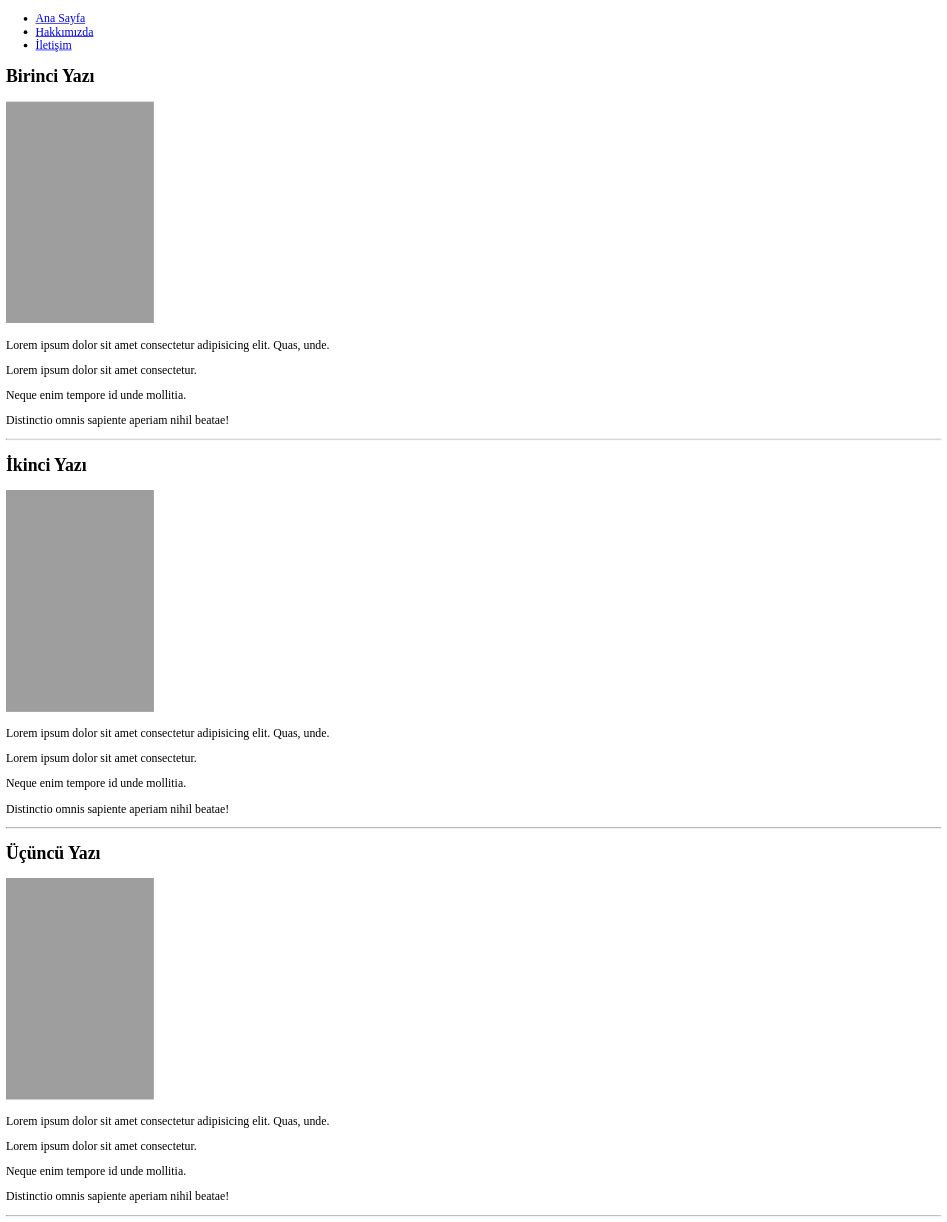
Repository: rizacantire/html
Page: Practice/index.html
These files come from the project's save history. The page is drawn as it stood at one moment and after the next save; the edit follows.
The browser window is 1280 px wide. The pictures show the whole page, at 74% of full size.
Pictures or frames that could not be fetched are drawn as grey boxes.

Above is the page before, as saved 2021-12-06 23:44:58.

### Practice/index.html
<!DOCTYPE html>
<html lang="en">
<head>
    <meta charset="UTF-8">
    <meta http-equiv="X-UA-Compatible" content="IE=edge">
    <meta name="viewport" content="width=device-width, initial-scale=1.0">
    <title>Ana Sayfa</title>
</head>
<body>
    <!-- Navbar - Start -->
    <header>
        <nav>
            <ul>
                <li><a href="index.html">Ana Sayfa</a></li>
                <li><a href="about-us.html">Hakkımızda</a></li>
                <li><a href="contact.html">İletişim</a></li>
            </ul>
        </nav>
    </header>
    <!-- Navbar - End -->

    <!-- Content - Start -->
    <section>
        <!-- Articles - Start -->
        <article>
            <h2>Birinci Yazı</h2>
            <img src="https://picsum.photos/id/237/200/300" alt="Yazı 1">
            <p>Lorem ipsum dolor sit amet consectetur adipisicing elit. Quas, unde.</p>
            <p>Lorem ipsum dolor sit amet consectetur.</p>
            <p>Neque enim tempore id unde mollitia.</p>
            <p>Distinctio omnis sapiente aperiam nihil beatae!</p>
            <hr>
        </article>
        <article>
            <h2>İkinci Yazı</h2>
            <img src="https://picsum.photos/id/15/200/300" alt="Yazı 2">
            <p>Lorem ipsum dolor sit amet consectetur adipisicing elit. Quas, unde.</p>
            <p>Lorem ipsum dolor sit amet consectetur.</p>
            <p>Neque enim tempore id unde mollitia.</p>
            <p>Distinctio omnis sapiente aperiam nihil beatae!</p>
            <hr>
        </article>
        <article>
            <h2>Üçüncü Yazı</h2>
            <img src="https://picsum.photos/id/36/200/300" alt="Yazı 3">
            <p>Lorem ipsum dolor sit amet consectetur adipisicing elit. Quas, unde.</p>
            <p>Lorem ipsum dolor sit amet consectetur.</p>
            <p>Neque enim tempore id unde mollitia.</p>
            <p>Distinctio omnis sapiente aperiam nihil beatae!</p>
            <hr>
        </article>
        <!-- Articles - End -->
    </section>
    <!-- Content - End -->

    <!-- Footer - Start -->

    <!-- Footer - End -->
</body>
</html>

After the next save:
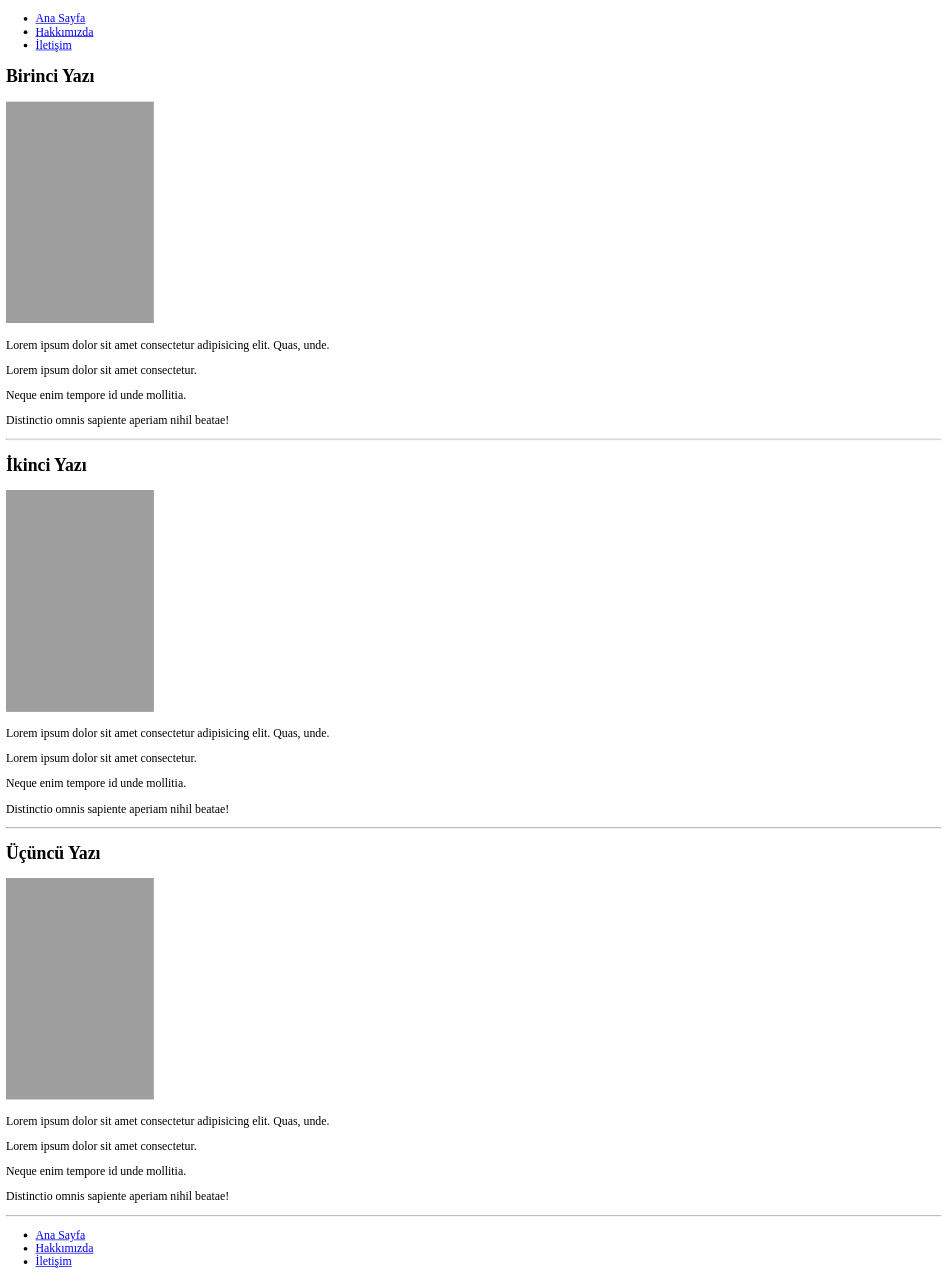
Saved 25 s later.
--- a/Practice/index.html
+++ b/Practice/index.html
@@ -54,7 +54,15 @@
     <!-- Content - End -->
 
     <!-- Footer - Start -->
-
+    <footer>
+        <nav>
+            <ul>
+                <li><a href="index.html">Ana Sayfa</a></li>
+                <li><a href="about-us.html">Hakkımızda</a></li>
+                <li><a href="contact.html">İletişim</a></li>
+            </ul>
+        </nav>
+    </footer>
     <!-- Footer - End -->
 </body>
 </html>
